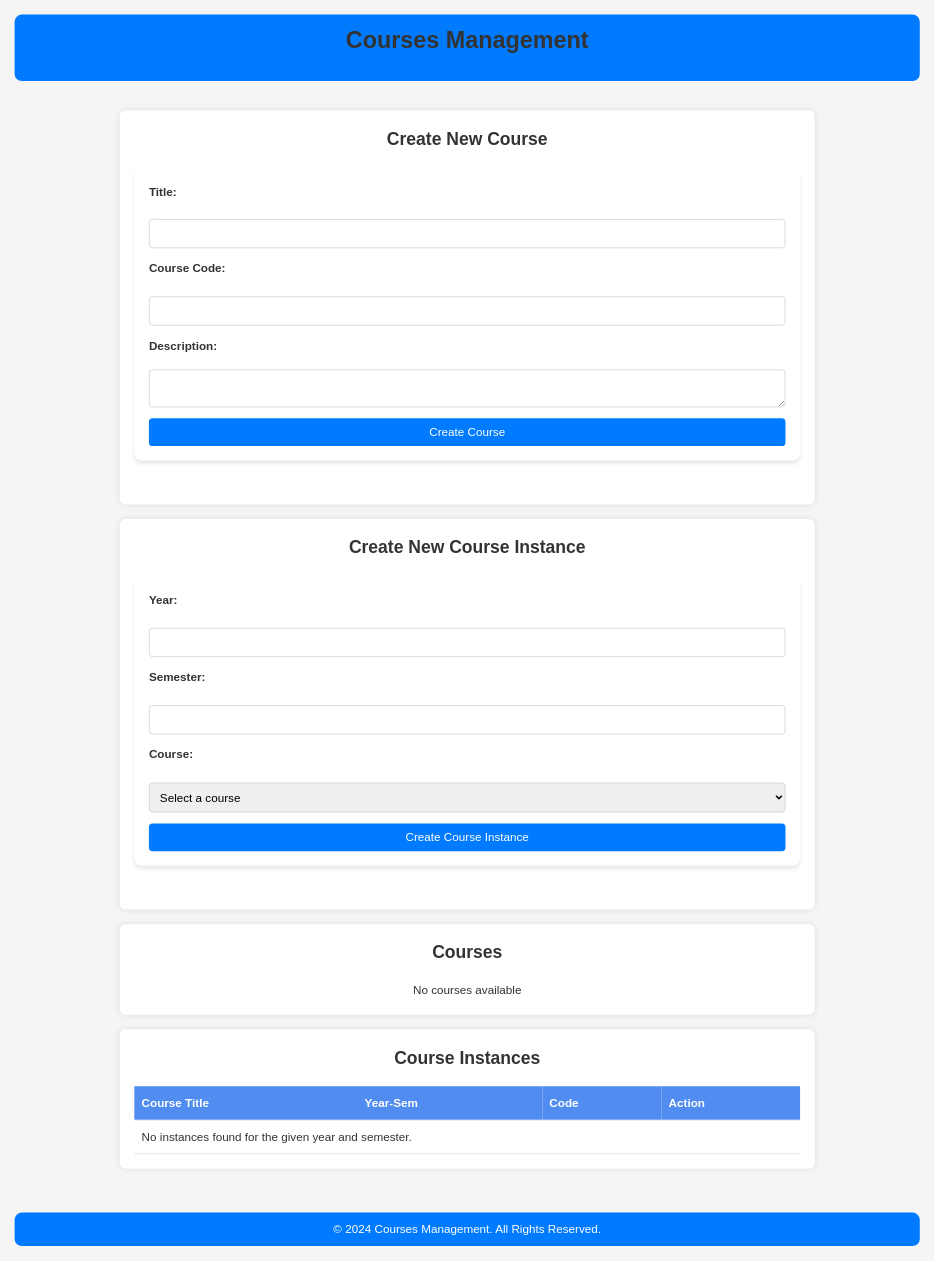
Repository: Rajdeep00-bit/Course_frontend
Page: /
The author's editor kept a copy of each file at every save. The page is drawn from the files as they stood at one save, then again after the next save.
The browser window is 1280 px wide. The pictures show the whole page, at 73% of full size.
The page's requests for data from a server got no answer. The project was rebuilt for these pictures with package versions that can differ from the ones it lists, and the page was loaded fresh each time. No one was signed in, and anything a server would have sent is missing. Also part of the build but not shown: src/components/CourseInstanceDetails.js.

Above is the page before, as saved 2024-09-12 10:34:43.

After the next save:
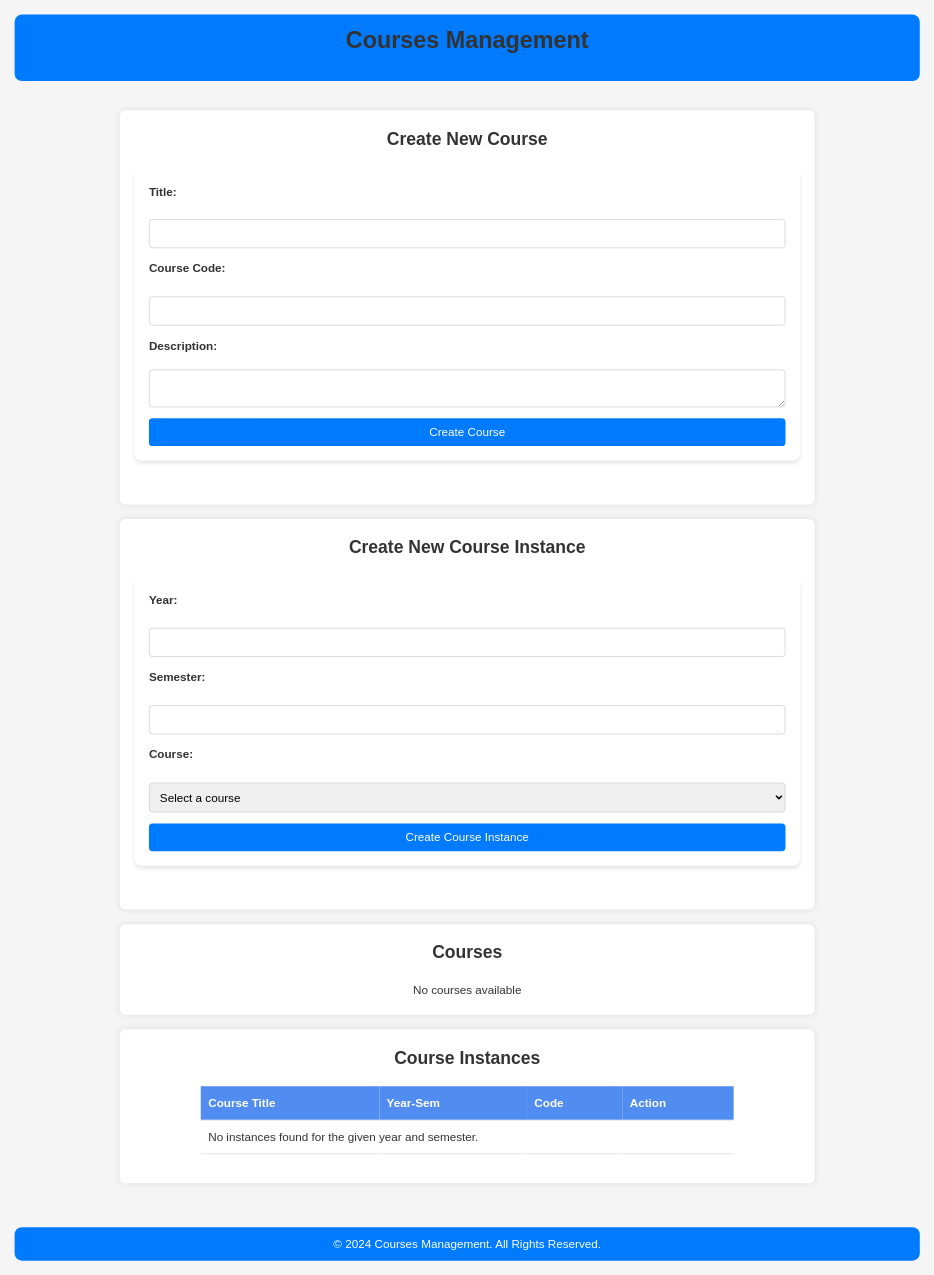
Saved 6 s later.
--- a/src/App.css
+++ b/src/App.css
@@ -94,7 +94,7 @@ ul li button {
 }
 .course-details h3 {
   margin-bottom: 10px;
-}.
+}
 .course-instance-list {
   margin: 20px auto;
   width: 80%;
